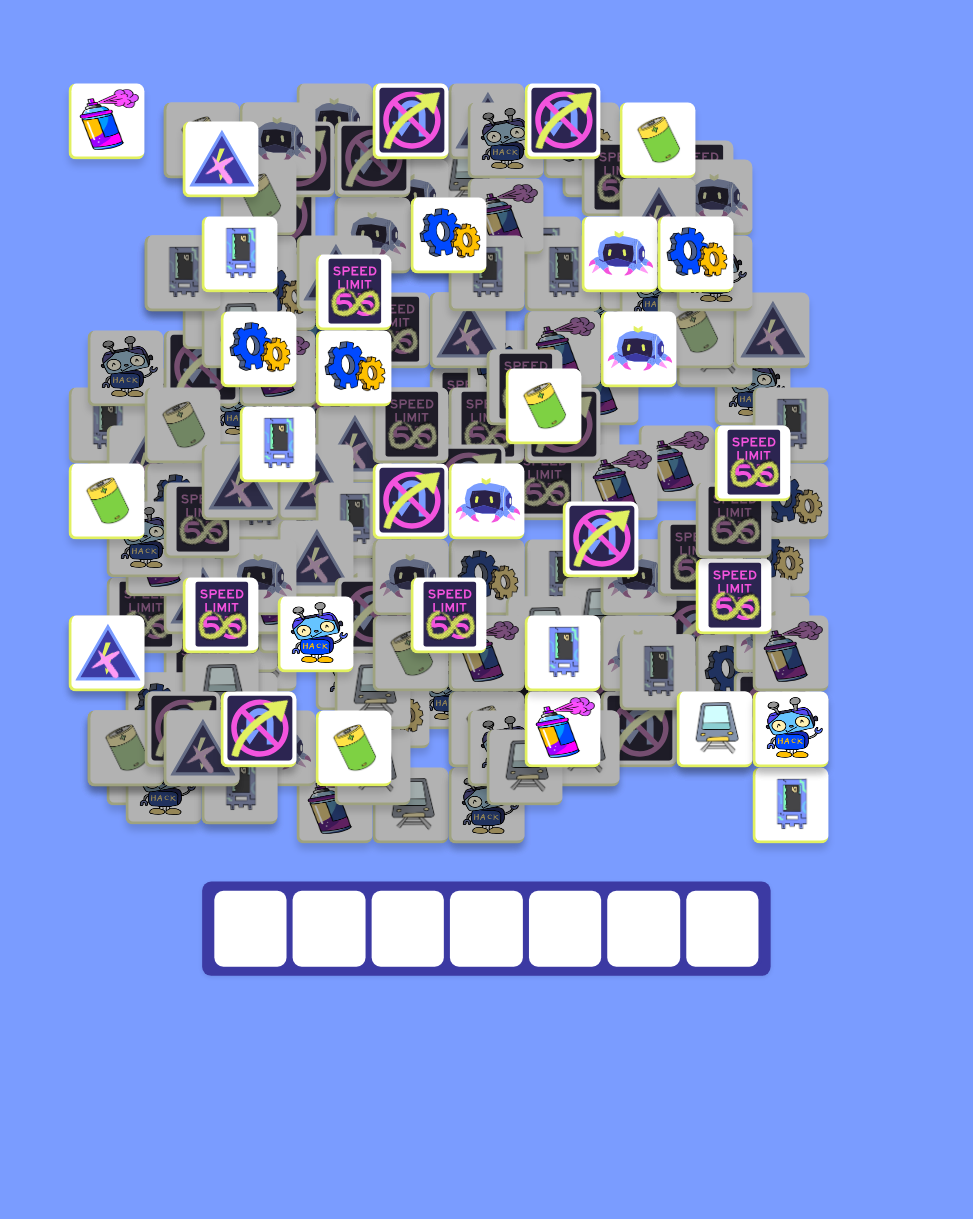
Repository: Avril-Cui/hack-puzzle
Page: / (app in client/)
An editor plug-in stored every save of this project. The page is shown before and after the next save, followed by the edit.
The browser window is 1280 px wide. The pictures show the whole page, at 76% of full size.
The project was rebuilt for these pictures with package versions that can differ from the ones it lists, and the page was loaded fresh each time. The framework's server and built-in components were replaced by stand-ins that run in the browser. Also part of the build but not shown: client/next.config.ts.

Above is the page before, as saved 2025-06-11 20:36:00.

### client/app/page.tsx
import Game from "../components/Game";

export default function Home() {
  return (
    <div>
      <Game />
    </div>
  );
}

### client/app/globals.css
@import "tailwindcss";

:root {
  --background: #7A9CFF;
}

@theme inline {
  --color-background: var(--background);
  --color-foreground: var(--foreground);
  --font-sans: var(--font-geist-sans);
  --font-mono: var(--font-geist-mono);
}

@media (prefers-color-scheme: dark) {
  :root {
    --background: #7A9CFF;
  }
}

body {
  background: var(--background);
  color: var(--foreground);
  font-family: Arial, Helvetica, sans-serif;
}

### client/components/Game.tsx
"use client";
import React, { useEffect, useState } from "react";
import styles from "./Game.module.css";

interface Tile {
  id: string;
  x: number;
  y: number;
  status: number;      // 0 = unpicked, 1 = in queue
  iconName: string;
}

const CELL_SIZE = 100;
const ICONS = ["🍀","🌈","⚙️","🐏","🐯","🐤","📚","🧠","💻","🐼"];

const PuzzleGame: React.FC = () => {
  const [tiles, setTiles] = useState<Tile[]>([]);
  const [queue, setQueue] = useState<Tile[]>([]);

  useEffect(() => {
    fetch("/scene.json")
      .then(res => res.json())
      .then((data: Tile[]) => setTiles(data));
  }, []);

  const handleClick = (tile: Tile) => {
    if (queue.length >= 7) return;
    setQueue(q => [...q, tile]);
    setTiles(t =>
      t.map(x => x.id === tile.id ? { ...x, status: 1 } : x)
    );
  };

  // returns true if tile at `idx` is overlapped by any later (higher) tile still in play
  const isCovered = (idx: number) => {
    const cur = tiles[idx];
    if (cur.status !== 0) return false;
    for (let j = idx + 1; j < tiles.length; j++) {
      const other = tiles[j];
      if (other.status !== 0) continue;
      // bounding‐box overlap?
      if (
        !(cur.x + CELL_SIZE <= other.x ||
          other.x + CELL_SIZE <= cur.x ||
          cur.y + CELL_SIZE <= other.y ||
          other.y + CELL_SIZE <= cur.y)
      ) {
        return true;
      }
    }
    return false;
  };

  const getIconPath = (iconName: string) => {
    const extMap: Record<string, string> = {
      icons0: "svg", icons1: "png", icons2: "png", icons3: "png",
      icons4: "svg", icons5: "jpg", icons6: "jpg", icons7: "jpg",
      icons8: "svg", icons9: "svg",
    };
    return `/icons/${iconName}.${extMap[iconName] || "png"}`;
  };

  return (
    <div className={styles.gameContainer}>
      <div className={styles.tileBoard}>
        {tiles.map((tile, idx) => {
          // inactive if picked OR if covered by any tile with a higher array-index
          const inactive = tile.status !== 0 || isCovered(idx);

          return (
            <div
              key={tile.id}
              className={`${styles.tile} ${inactive ? styles.inactive : ""}`}
              style={{
                left: tile.x,
                top: tile.y,
                zIndex: idx  // ensures later array items actually draw on top
              }}
              onClick={() => {
                if (!inactive && queue.length < 7) handleClick(tile);
              }}
            >
              <img
                src={getIconPath(tile.iconName)}
                alt={tile.iconName}
                className={styles.tileInner}
              />
            </div>
          );
        })}
      </div>

      <div className={styles.queueBar}>
        {queue.map(t => (
          <div key={t.id} className={styles.queueTile}>
            <img
              src={getIconPath(t.iconName)}
              alt={t.iconName}
              className={styles.tileInner}
              style={{ filter: "none", opacity: 1 }}
            />
          </div>
        ))}
        {Array.from({ length: 7 - queue.length }).map((_, i) => (
          <div key={i} className={styles.queueTile} />
        ))}
      </div>
    </div>
  );
};

export default PuzzleGame;

### client/components/Game.module.css
.gameContainer {
  display: flex;
  flex-direction: column;
  align-items: center;
  margin-top: 10em;
  margin-bottom: 20em;
}

.tileBoard {
  position: relative;
  width: 1000px;
  height: 900px;
  background-color: transparent; /* remove green board background */
}

.tile {
  position: absolute;
  width: 100px;
  height: 100px;
  background: white;
  border-radius: 10px;
  font-size: 40px;
  border-left: 4px solid #e1f060;
  border-bottom: 4px solid #e1f060;
  display: flex;
  align-items: center;
  justify-content: center;
  transition: transform 0.2s ease, opacity 0.3s ease;
  box-shadow: 0 8px 10px rgba(0, 0, 0, 0.15);
  cursor: pointer;
}

.tileInner {
  width: 100%;
  height: 100%;
  display: flex;
  justify-content: center;
  align-items: center;
  overflow: hidden;
  padding: 5%; /* optional, for consistent inner margin */
}

.tileInner img {
  max-width: 100%;
  max-height: 100%;
  object-fit: contain;
  pointer-events: none;
}

.covered {
  background: #ccc;
  opacity: 0.4;
  pointer-events: none;
}

.queueBar {
  margin-top: 100px;
  display: flex;
  justify-content: center;
  gap: 12px;
  padding: 12px;
  background: #3c3aa3;
  border-radius: 10px;
  box-shadow: 0 2px 6px rgba(0, 0, 0, 0.1);
}

.queueBar {
  display: flex;
  justify-content: flex-start;
  gap: 8px;
  padding: 12px 16px;
  background-color: #3c3aa3;
  border-radius: 12px;
  width: calc((100px * 7) + (8px * 6)); /* = 748px */
  min-height: 100px; /* same as tile height */
}

.queueTile {
  width: 100px;
  height: 100px;
  background-color: white;
  border-radius: 12px;
  box-shadow: 4px 4px 0 #3c3aa3;
  display: flex;
  align-items: center;
  justify-content: center;
}

.queueTile img {
  width: 100%;
  height: 100%;
  object-fit: contain;
  padding: 8px;
}

.inactive {
  filter: saturate(35%) brightness(70%);
  pointer-events: none;
}

Loaded but not shown: client/app/layout.tsx (common file); client/public/scene.json (2162 lines, source omitted)

After the next save:
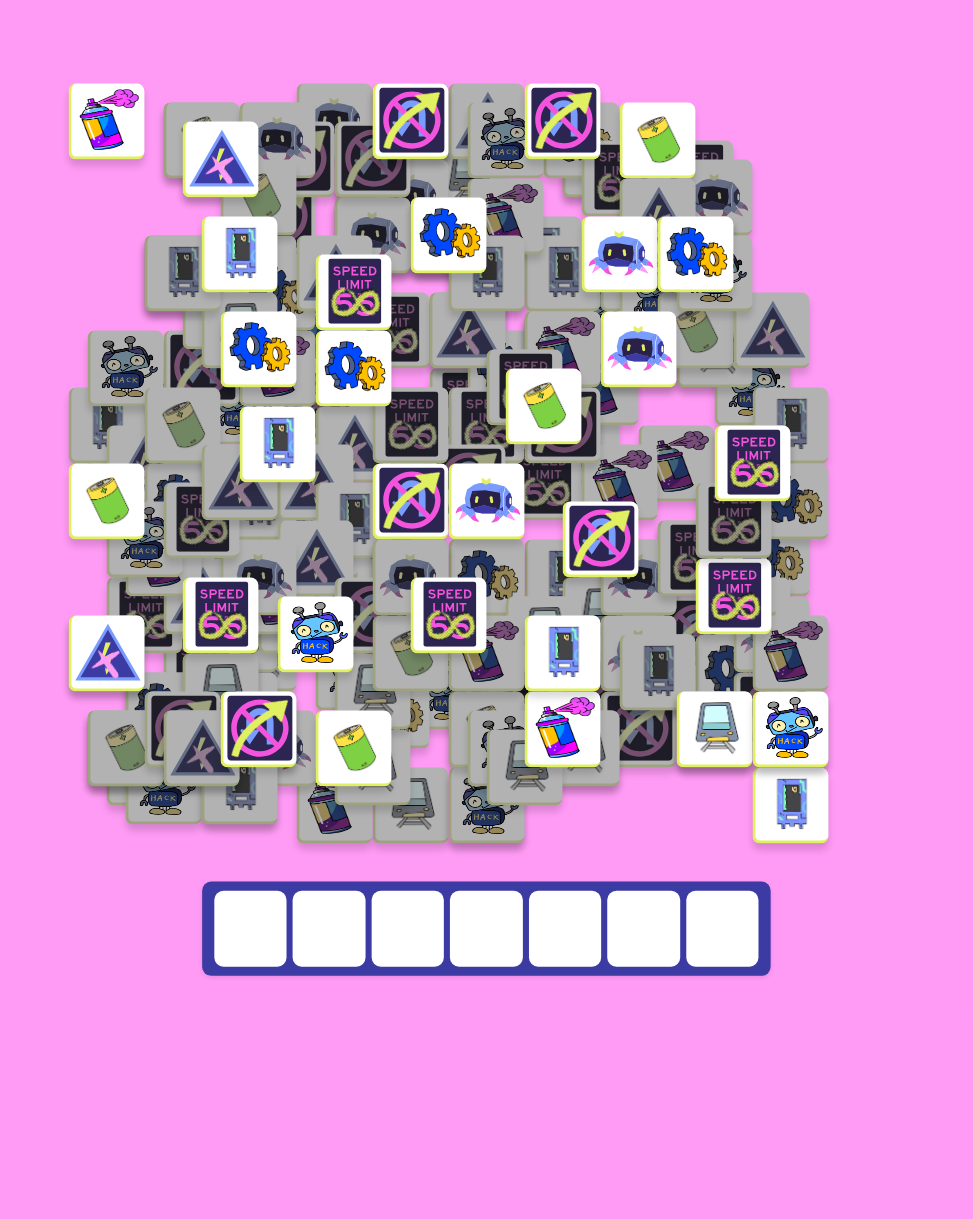
Saved 3 min 41 s later.
--- a/client/app/globals.css
+++ b/client/app/globals.css
@@ -1,7 +1,7 @@
 @import "tailwindcss";
 
 :root {
-  --background: #7A9CFF;
+  --background: #FF9AF5;
 }
 
 @theme inline {
